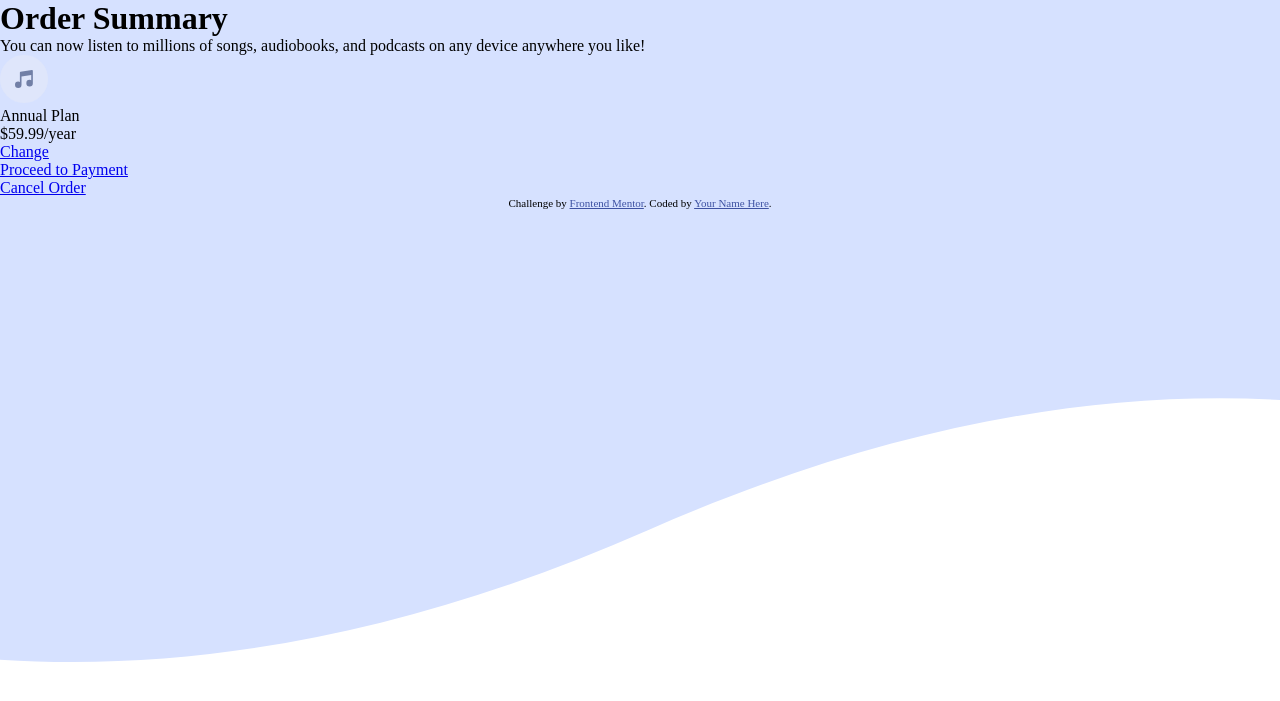
Repository: DejV44/order-summary-frontend
Page: index.html
The author's editor kept a copy of each file at every save. The page is drawn from the files as they stood at one save, then again after the next save.
The browser window is 1280 px wide. The pictures show the whole page.
The style sheet was rebuilt from its Sass, Less or Tailwind sources for each picture, by a compiler version that may differ from the author's.

Above is the page before, as saved 2021-08-11 21:53:27.

After the next save:
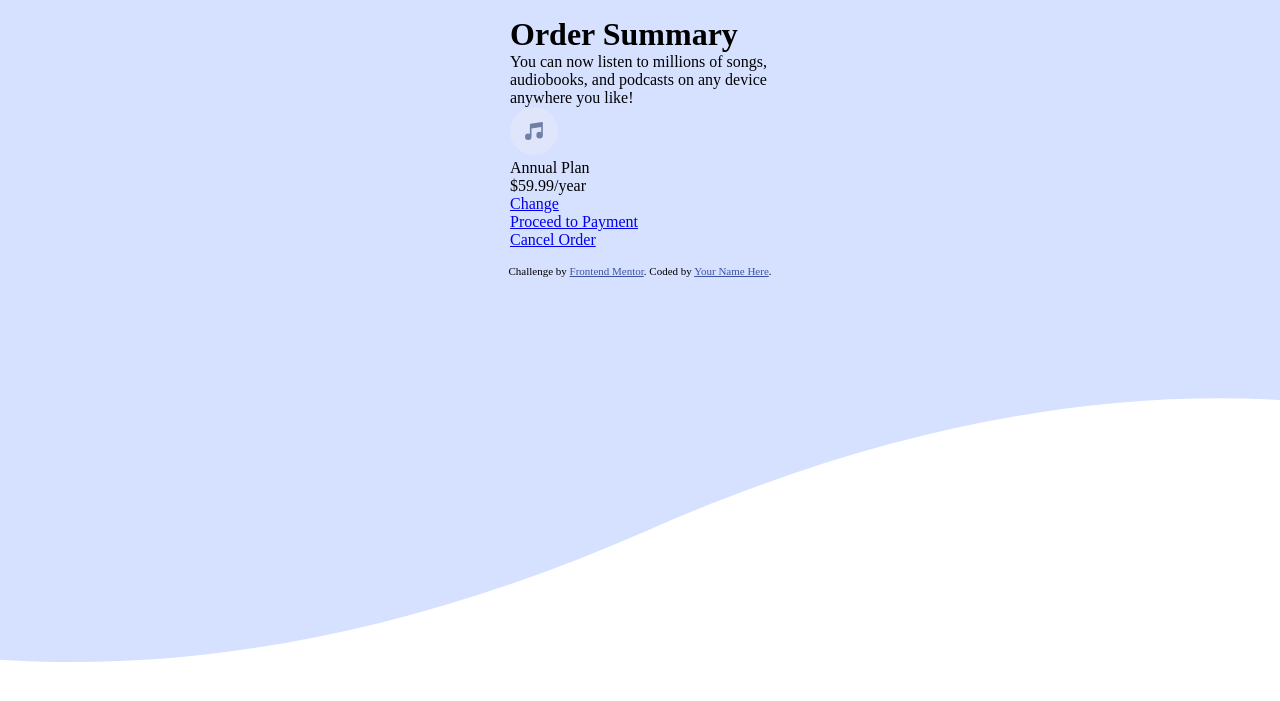
Saved 26 s later.
--- a/css/style.scss
+++ b/css/style.scss
@@ -10,6 +10,10 @@ body {
     @include backgroundMob;
 }
 
+.container {
+    @include container;
+}
+
 
 
 
